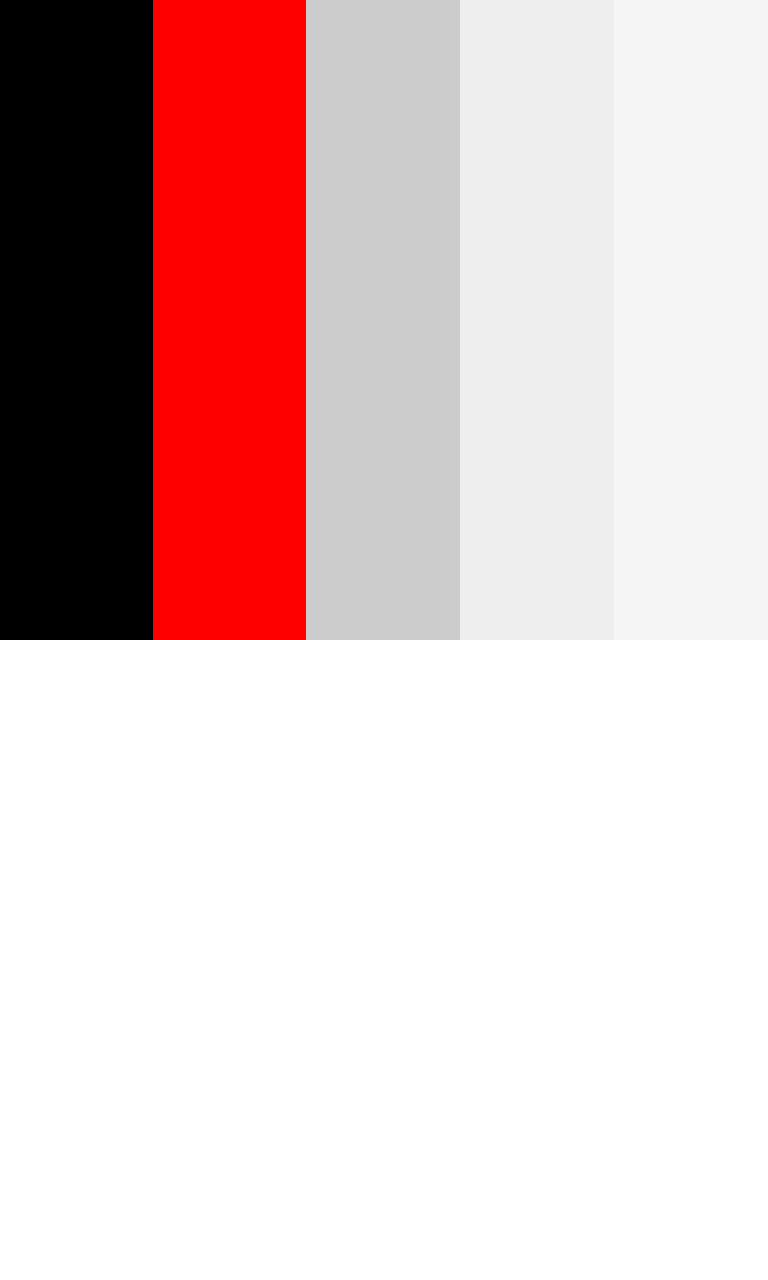
Repository: qwer2714856/Android_learn
Layout: linearylayout/res/layout/activity_main.xml
An editor plug-in stored every save of this project. The layout is shown before and after the next save, followed by the edit.
It is drawn on a 768 x 1280 px phone screen (xhdpi) without system bars, with theme AppTheme; the app's code is not run.

Above is the layout before, as saved 2015-09-28 08:28:41.

### linearylayout/res/layout/activity_main.xml
<LinearLayout xmlns:android="http://schemas.android.com/apk/res/android"
    xmlns:tools="http://schemas.android.com/tools"
    android:layout_width="match_parent"
    android:layout_height="match_parent"
    android:orientation="vertical"
    tools:context="com.example.linearylayout.MainActivity" >

    <LinearLayout
        android:layout_width="match_parent"
        android:layout_height="0dp"
        android:layout_weight="1"
        android:orientation="horizontal"
        >
        <TextView
            android:layout_width="0dp"
            android:layout_height="match_parent"
            android:layout_weight="1"
            android:background="#000000"
            />

        <TextView
            android:layout_width="0dp"
            android:layout_height="match_parent"
            android:layout_weight="1"
            android:background="#ff0000"
            />


        <TextView
            android:layout_width="0dp"
            android:layout_height="match_parent"
            android:layout_weight="1"
            android:background="#cccccc"
            />

          <TextView
            android:layout_width="0dp"
            android:layout_height="match_parent"
            android:layout_weight="1"
            android:background="#eeeeee"
            />


        <TextView
            android:layout_width="0dp"
            android:layout_height="match_parent"
            android:layout_weight="1"
            android:background="#f5f5f5"
            />

    </LinearLayout>

    <LinearLayout
        android:layout_width="match_parent"
        android:layout_height="0dp"
        android:layout_weight="1"
        android:orientation="vertical"
        >



    </LinearLayout>


</LinearLayout>

Loaded but not shown: linearylayout/res/values/styles.xml (common file); linearylayout/res/values-v11/styles.xml (common file); linearylayout/res/values-v14/styles.xml (common file)

After the next save:
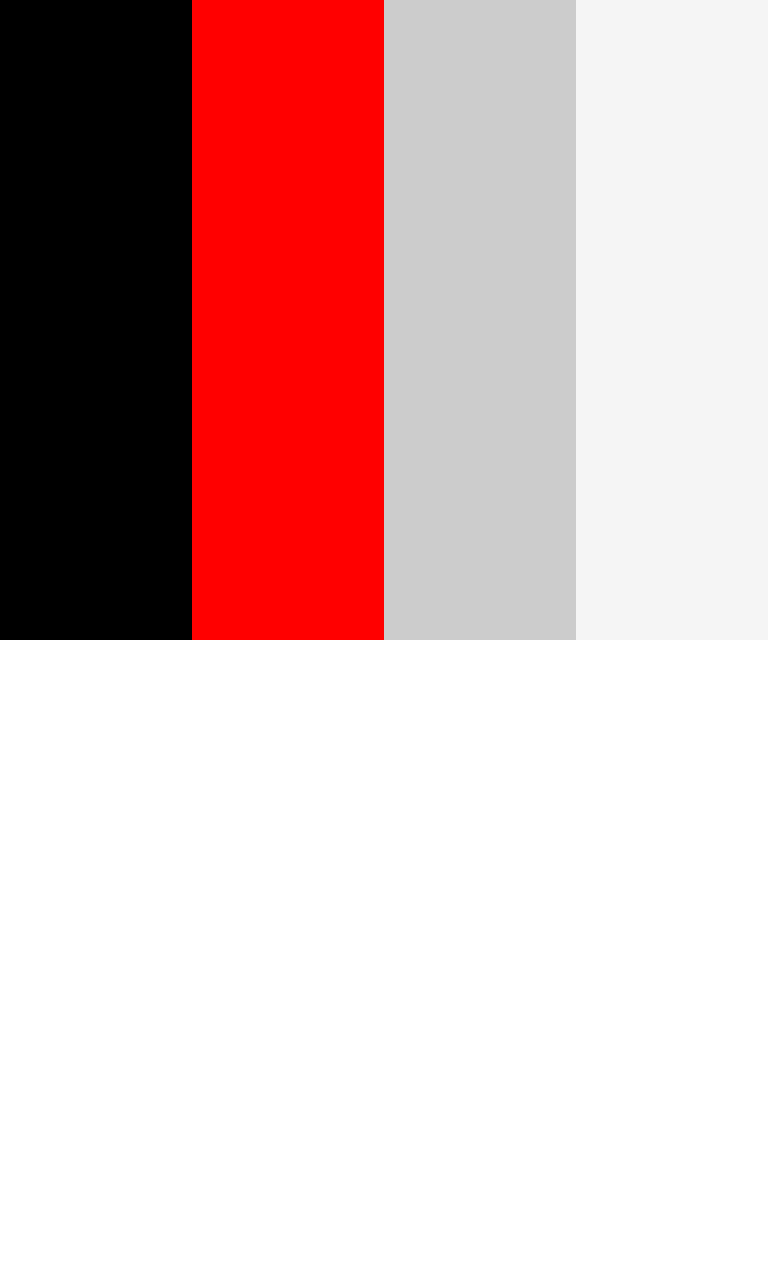
Saved 22 s later.
--- a/linearylayout/res/layout/activity_main.xml
+++ b/linearylayout/res/layout/activity_main.xml
@@ -33,12 +33,7 @@
             android:background="#cccccc"
             />
 
-          <TextView
-            android:layout_width="0dp"
-            android:layout_height="match_parent"
-            android:layout_weight="1"
-            android:background="#eeeeee"
-            />
+
 
 
         <TextView
